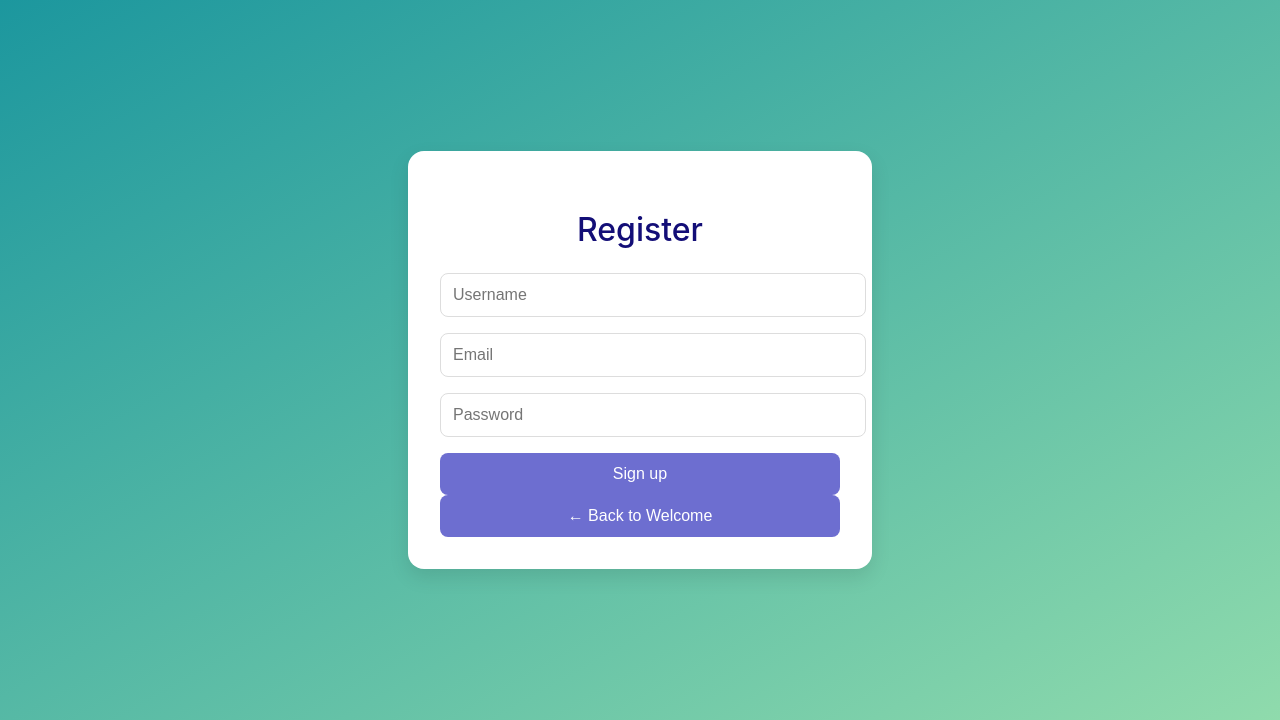
Repository: RachelB9913/smart-task-and-habit-tracker
Page: /register
An editor plug-in stored every save of this project. The page is shown before and after the next save, followed by the edit.
The browser window is 1280 px wide. The pictures show the whole page.
The project was rebuilt for these pictures with package versions that can differ from the ones it lists, and the page was loaded fresh each time. Also part of the build but not shown: src/components/welcome.js, src/services/api.js, src/components/Login.js, src/components/DashBoard.js.

Above is the page before, as saved 2025-06-18 18:37:55.

### src/App.js
import { BrowserRouter as Router, Routes, Route } from 'react-router-dom';
import Welcome from './components/welcome';
import Login from './components/Login';
import Register from './components/Register';
import Dashboard from './components/DashBoard';

function App() {
  return (
    <Router>
      <Routes>
        <Route path="/" element={<Welcome />} />
        <Route path="/login" element={<Login />} />
        <Route path="/register" element={<Register />} />
        <Route path="/dashboard" element={<Dashboard />} />
      </Routes>
    </Router>
  );
}

export default App;

### src/components/Register.js
import { useState, useEffect } from 'react';
import { useNavigate } from 'react-router-dom';
import PageWrapper from './PageWrapper';
import './Auth.css';

export default function Register() {
  const [formData, setFormData] = useState({
    username: '',
    email: '',
    password: ''
  });

  const navigate = useNavigate();

  const handleChange = (e) => {
    setFormData({ ...formData, [e.target.name]: e.target.value });
  };

  useEffect(() => {
    document.title = "Register - TaskMaster";
  }, []);

  const handleSubmit = async (e) => {
    e.preventDefault();
    try {
      const res = await fetch('/api/auth/register', {
        method: 'POST',
        headers: { 'Content-Type': 'application/json' },
        body: JSON.stringify(formData),
      });

      if (res.ok) {
        console.log('Registration successful');
        navigate('/login');
      } else {
        const error = await res.text();
        alert('Registration failed: ' + error);
      }
    } catch (err) {
      console.error('Registration error:', err);
      alert('Registration failed: ' + err.message);
    }
  };

  return (
    <div className="register-background">
      <PageWrapper direction="right">
        <div className="form-container">
          <form onSubmit={handleSubmit}>
            <h2>Register</h2>
            <input
              type="text"
              name="username"
              placeholder="Username"
              value={formData.username}
              onChange={handleChange}
              required
            />
            <input
              type="email"
              name="email"
              placeholder="Email"
              value={formData.email}
              onChange={handleChange}
              required
            />
            <input
              type="password"
              name="password"
              placeholder="Password"
              value={formData.password}
              onChange={handleChange}
              required
            />
            <button type="submit">Sign up</button>
            <button
              type="button"
              onClick={() => navigate('/')}
              className="w-full py-3 px-6 bg-indigo-600 text-white rounded-xl shadow hover:bg-indigo-700 transition duration-200"
            >
              ← Back to Welcome
            </button>
          </form>
        </div>
      </PageWrapper>
    </div>
  );
}


// import { useState } from "react";
// import { useNavigate } from "react-router-dom";
// import './Auth.css';

// export default function Register() {
//   const [username, setUsername] = useState("");
//   const [email, setEmail] = useState("");
//   const [password, setPassword] = useState("");
//   const navigate = useNavigate();

//   const handleSubmit = async (e) => {
//     e.preventDefault();
//     try {
//       const res = await fetch("/api/auth/register", {
//         method: "POST",
//         headers: { "Content-Type": "application/json" },
//         body: JSON.stringify({ username, email, password }),
//       });

//       if (res.ok) {
//         console.log("Registration successful");
//         navigate("/login");
//       } else {
//         const error = await res.text();
//         alert("Registration failed: " + error);
//       }
//     } catch (err) {
//       console.error("Registration error:", err);
//     }
//   };

//   return (
//     <div className="auth-container">
//       <h2>Register</h2>
//       <form onSubmit={handleSubmit} className="auth-form">
//         <input type="text" placeholder="Username" value={username} onChange={e => setUsername(e.target.value)} required />
//         <input type="email" placeholder="Email" value={email} onChange={e => setEmail(e.target.value)} required />
//         <input type="password" placeholder="Password" value={password} onChange={e => setPassword(e.target.value)} required />
//         <button type="submit">Sign up</button>
//       </form>
//       <button onClick={() => navigate("/")}>← Back to Welcome</button>
//     </div>
//   );
// }

### src/App.css
form input {
  width: 100%;
  padding: 0.75rem;
  margin-bottom: 1rem;
  border: 1px solid #ddd;
  border-radius: 0.5rem;
  font-size: 1rem;
  transition: border-color 0.2s;
}

form input:focus {
  border-color: #6366f1; /* Indigo */
  outline: none;
}

form button,
.form-container button {
  width: 100%;
  padding: 0.75rem;
  font-size: 1rem;
  color: white;
  background-color: #6d6ed0; /* Indigo */
  border: none;
  border-radius: 0.5rem;
  cursor: pointer;
  transition: background-color 0.2s;
}

form button:hover,
.form-container button:hover {
  background-color: #4f46e5; /* Darker Indigo */
}

.form-container {
  max-width: 400px;
  margin: 100px auto;
  padding: 2rem;
  background-color: white;
  border-radius: 1rem;
  box-shadow: 0 8px 20px rgba(0, 0, 0, 0.1);
  text-align: center;
}

h2 {
  margin-bottom: 1.5rem;
  color: #130e77;
  font-size: 2rem;
  font-weight: 500;

}

.welcome-root {
  font-family: 'Manrope', 'Noto Sans', sans-serif;
  background: linear-gradient(to bottom, hsl(143, 51%, 71%), #1c979e);
  color: #111418;
  min-height: 100vh;
  display: flex;
  flex-direction: column;
}

.welcome-header {
  display: flex;
  justify-content: space-between;
  align-items: center;
  padding: 1rem 3rem;
  border-bottom: 1px solid #030f21;
  background-color: rgb(255, 255, 255);
}

.logo-area {
  display: flex;
  align-items: center;
  gap: 0.5rem;
}

.nav-links, .nav-actions {
  display: flex;
  gap: 1rem;
  align-items: center;
}

.nav-links a, .footer a {
  text-decoration: none;
  font-weight: 500;
  color: #111418;
}

.nav-actions button {
  padding: 0.5rem 1rem;
  border-radius: 8px;
  border: none;
  font-weight: bold;
  cursor: pointer;
}

/* login top */
.nav-actions button:first-child {
  background: #0c7ff2;
  color: white;
}

/* sign up top */
.nav-actions button:last-child {
  background: #f0f2f5;
  color: #111418;
}

.welcome-hero {
  background: transparent;
  padding: 3rem 2rem;
  text-align: center;
  color: rgb(1, 0, 9);
}

.welcome-hero h1 {
  font-size: 2.5rem;
  font-weight: 800;
}

.hero-actions {
  margin-top: 2rem;
  display: flex;
  justify-content: center;
  gap: 1rem;
}

.hero-actions button {
  padding: 0.75rem 1.5rem;
  font-weight: bold;
  border-radius: 8px;
  border: none;
  cursor: pointer;
}

.hero-actions button:first-child {
  background-color: #0c7ff2;
  color: white;
}

.hero-actions button:last-child {
  background-color: #f0f2f5;
  color: #111418;
}

.features {
  padding: 3rem 2rem;
  text-align: center;
}

.feature-cards {
  display: flex;
  gap: 1rem;
  flex-wrap: wrap;
  justify-content: center;
  margin-top: 2rem;
}

.feature-card {
  background: white;
  padding: 1.5rem;
  border-radius: 12px;
  border: 1px solid #052246;
  max-width: 300px;
  text-align: left;
  text-align: center;
  box-shadow: 0 4px 10px rgba(0, 0, 0, 0.5);

}

.footer {
  text-align: center;
  padding: 2rem;
  font-size: 1.1rem;
  color: #0d1101;
}

.register-background {
  background: linear-gradient(to left top, hsl(143, 51%, 71%), #1c979e);
  min-height: 100vh;
  display: flex;
  align-items: center;
  justify-content: center;
}

.login-background {
  background: linear-gradient(to right bottom, hsl(143, 51%, 71%), #1c979e);
  min-height: 100vh;
  display: flex;
  align-items: center;
  justify-content: center;
}

### src/components/PageWrapper.js
// src/components/PageWrapper.js
import { motion } from 'framer-motion';

export default function PageWrapper({ children, direction = 'left' }) {
  const variants = {
    initial: {
      x: direction === 'left' ? '-100vw' :
         direction === 'right' ? '100vw' : 0,
      y: direction === 'down' ? '-100vh' : 0,
      opacity: 0,
    },
    animate: {
      x: 0,
      y: 0,
      opacity: 1,
      transition: { type: 'spring', stiffness: 60, damping: 20 },
    },
    exit: {
      x: direction === 'left' ? '100vw' :
         direction === 'right' ? '-100vw' : 0,
      y: direction === 'down' ? '100vh' : 0,
      opacity: 0,
      transition: { duration: 0.3 },
    },
  };

  return (
    <motion.div
      initial="initial"
      animate="animate"
      exit="exit"
      variants={variants}
      style={{ width: '100%' }}
    >
      {children}
    </motion.div>
  );
}

### src/components/Auth.css
.auth-container {
  max-width: 400px;
  margin: 60px auto;
  padding: 2rem;
  background-color: #f8f9fa;
  border-radius: 12px;
  box-shadow: 0 2px 10px rgba(0, 0, 0, 0.1);
}

.auth-form {
  display: flex;
  flex-direction: column;
  gap: 1rem;
}

.auth-form input {
  padding: 0.75rem;
  border-radius: 8px;
  border: 1px solid #ccc;
  font-size: 1rem;
}

.auth-form button {
  padding: 0.75rem;
  background-color: #007bff;
  color: white;
  border: none;
  border-radius: 8px;
  font-size: 1rem;
  cursor: pointer;
}

.auth-form button:hover {
  background-color: #0056b3;
}


.dashboard-header {
  display: flex;
  justify-content: flex-end;
  padding: 20px;
}

.dashboard-header button {
  padding: 10px 16px;
  background-color: #ef4444; /* red */
  color: white;
  border: none;
  border-radius: 8px;
  font-weight: bold;
  cursor: pointer;
}

.dashboard-header button:hover {
  background-color: #ad2626;
}

.button-group {
  display: flex;
  flex-direction: column;
  gap: 10px; /* Adjust the space between buttons */
}

Loaded but not shown: public/index.html (common file); src/index.js (common file); src/index.css (common file); src/reportWebVitals.js (common file)

After the next save:
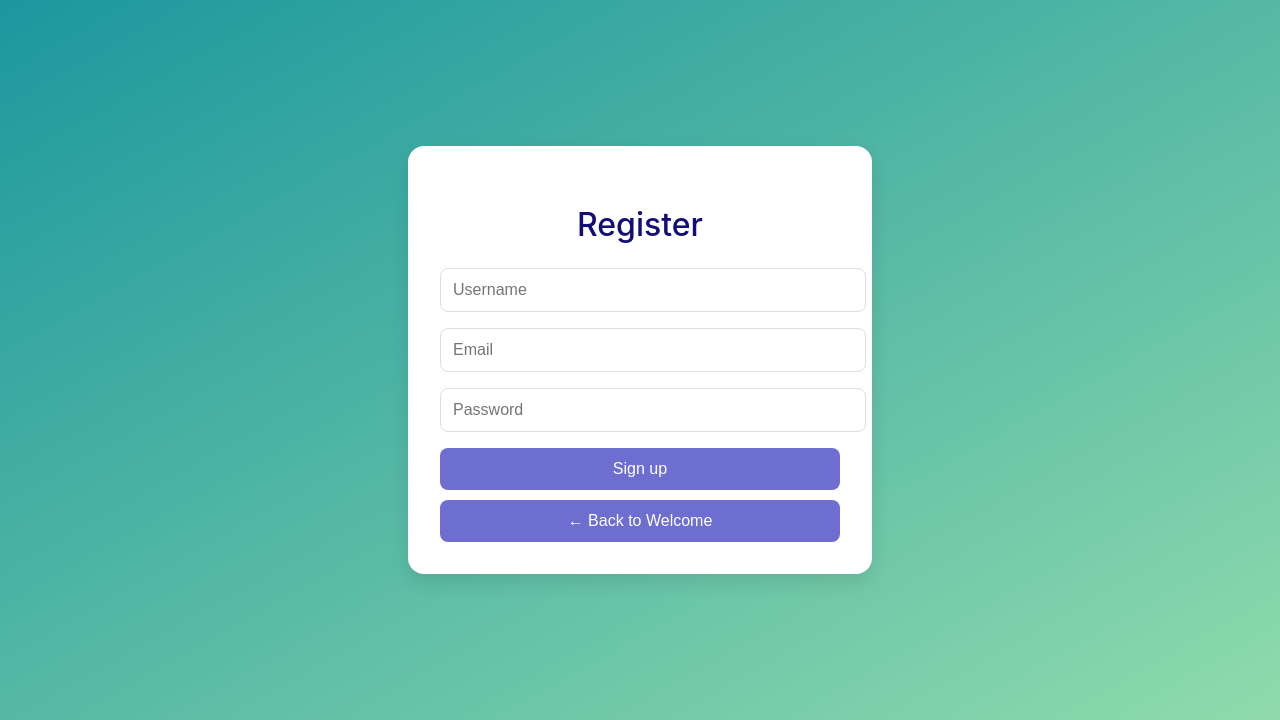
Saved 4 s later.
--- a/src/components/Register.js
+++ b/src/components/Register.js
@@ -72,14 +72,16 @@ export default function Register() {
               onChange={handleChange}
               required
             />
-            <button type="submit">Sign up</button>
-            <button
-              type="button"
-              onClick={() => navigate('/')}
-              className="w-full py-3 px-6 bg-indigo-600 text-white rounded-xl shadow hover:bg-indigo-700 transition duration-200"
-            >
-              ← Back to Welcome
-            </button>
+            <div className="button-group">
+              <button type="submit">Sign up</button>
+              <button
+                type="button"
+                onClick={() => navigate('/')}
+                className="w-full py-3 px-6 bg-indigo-600 text-white rounded-xl shadow hover:bg-indigo-700 transition duration-200"
+              >
+                ← Back to Welcome
+              </button>
+            </div>
           </form>
         </div>
       </PageWrapper>
